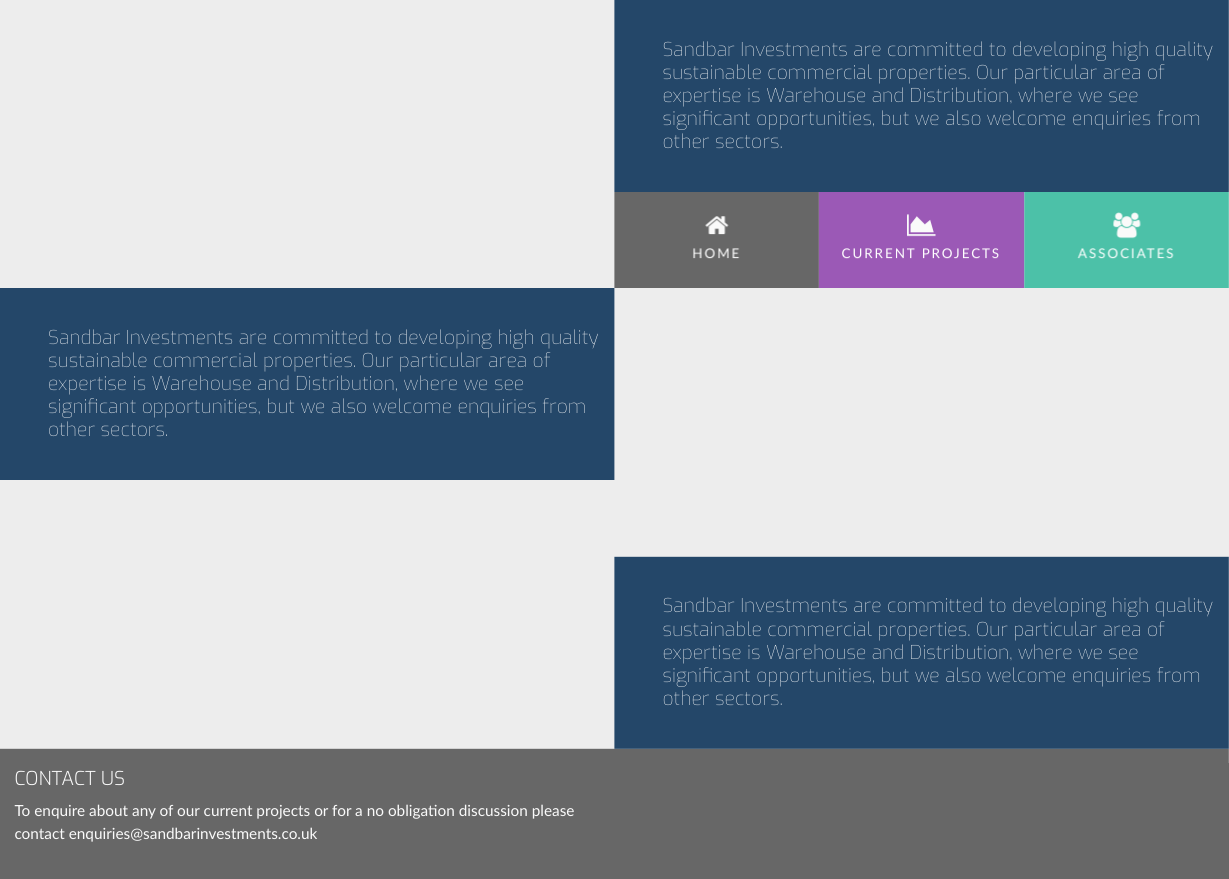
Repository: sykez12/Sandbar
Page: currentprojects.html
The author's editor kept a record of every edit. The page is drawn from the files as they stood at one moment, then again after the next edit.
The browser window is 1280 px wide. The pictures show the whole page, at 96% of full size.

Above is the page before.

After the next edit:
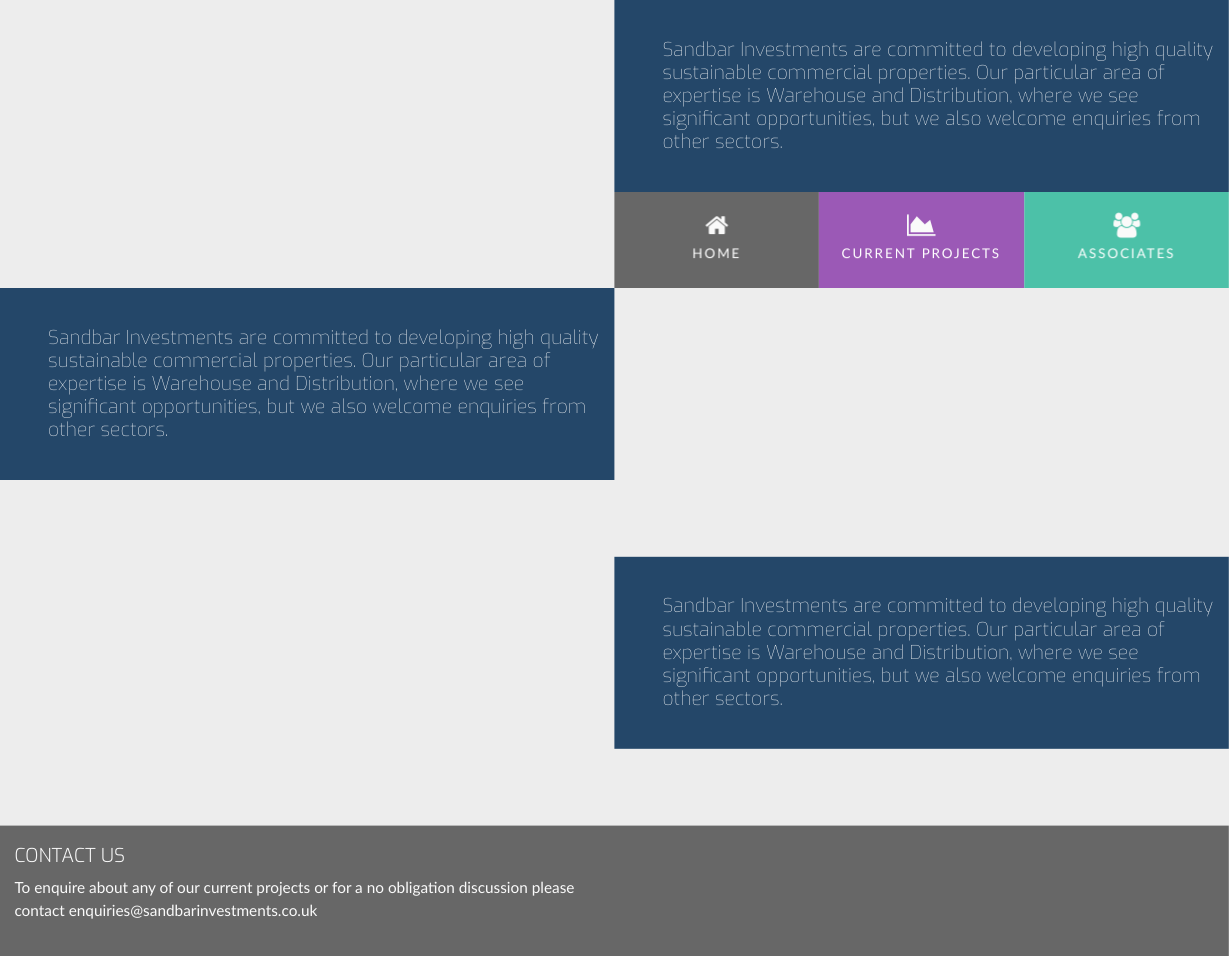
The edit:
--- a/currentprojects.html
+++ b/currentprojects.html
@@ -61,7 +61,7 @@
             </a>
         </div>
         <div class="row no-gutters">
-            <a href="index.html" class="col-md-6 sandbar site 2">
+            <a href="index.html" class="col-md-6 sandbar-site-two">
 
             </a>
             <div class="col-md-6">
